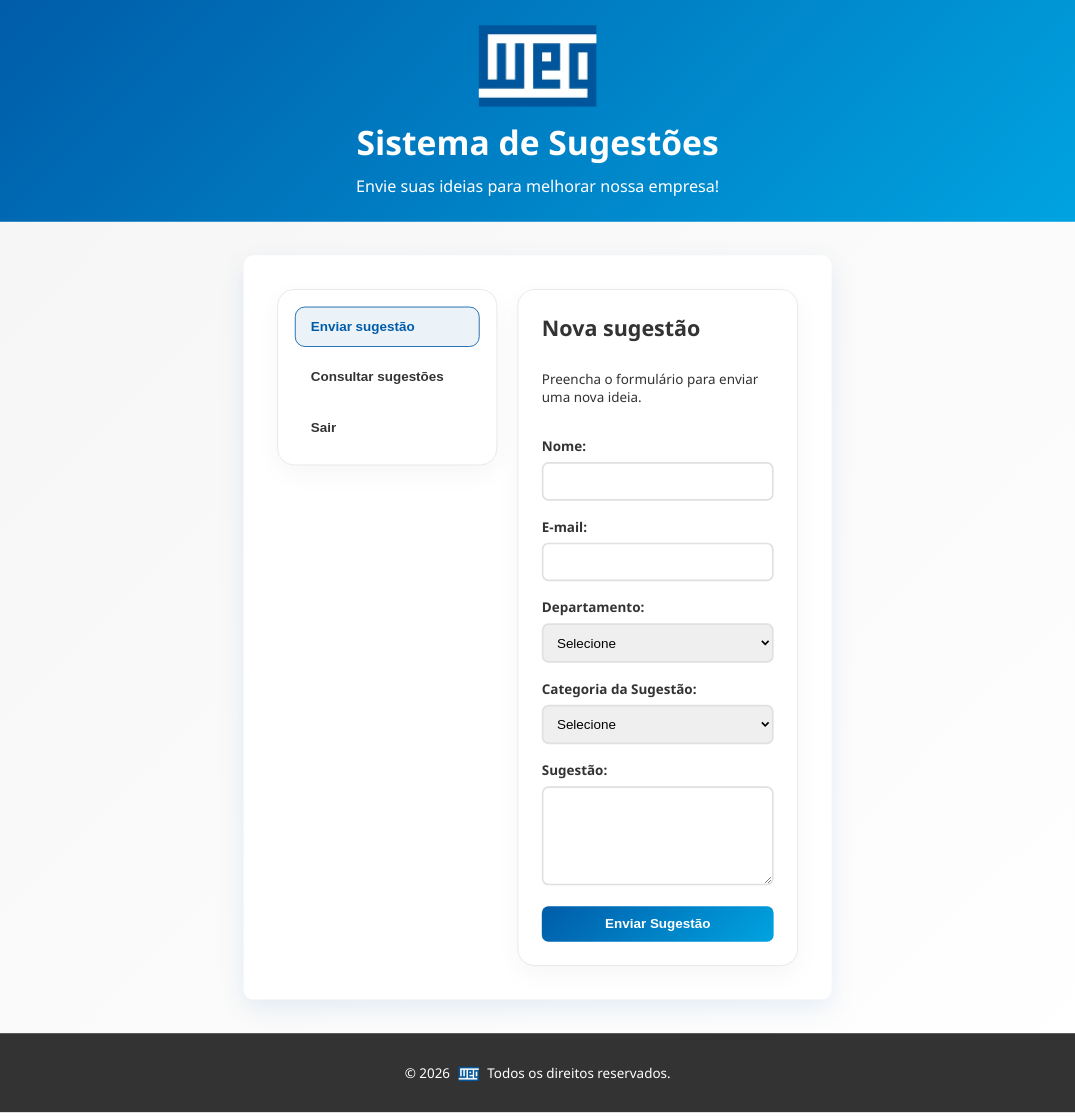
Repository: joaovg1/trabalhoideiasweg
Page: frontend/suggestions.html
These files come from the project's save history. The page is drawn as it stood at one moment and after the next save; the edit follows.
The browser window is 1280 px wide. The pictures show the whole page, at 84% of full size.
The page's requests for data from a server got no answer.

Above is the page before, as saved 2026-04-16 19:05:15.

After the next save:
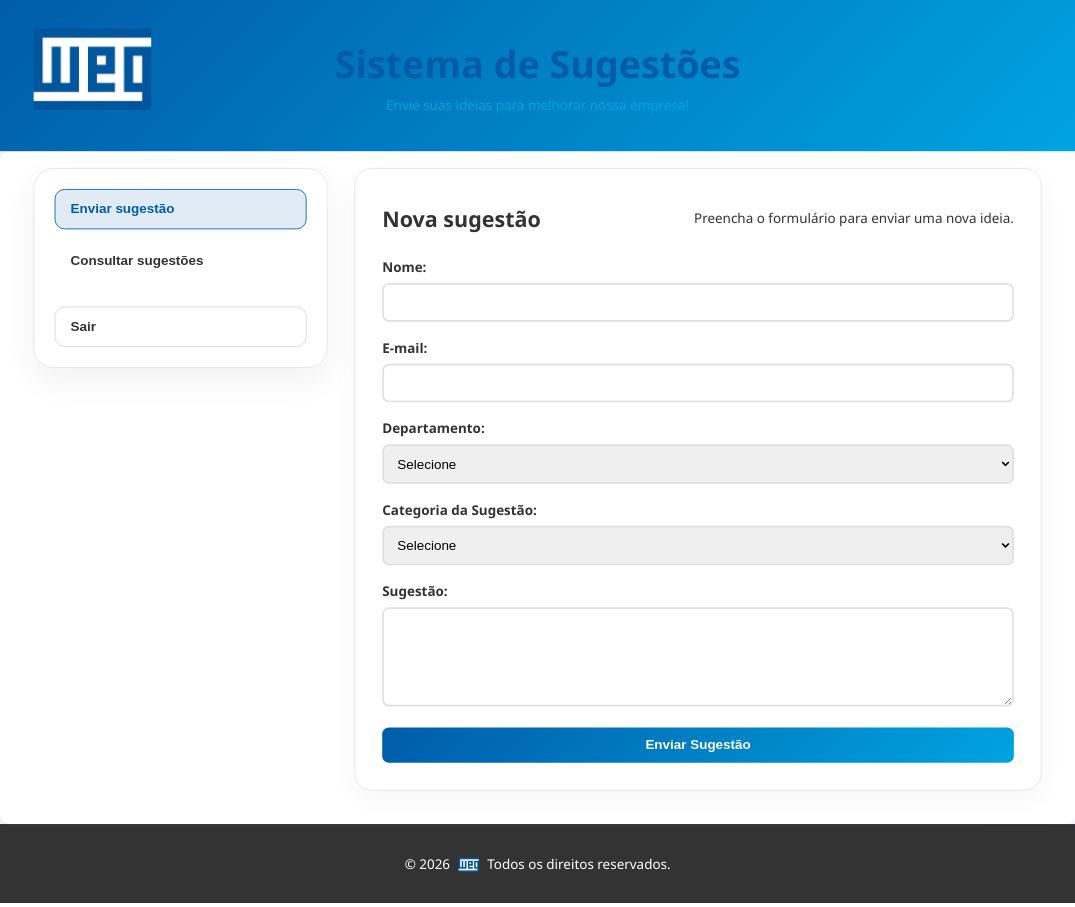
Saved 12 s later.
--- a/frontend/style.css
+++ b/frontend/style.css
@@ -19,6 +19,36 @@
     flex-direction: column;
 }
 
+header {
+    display: flex;
+    justify-content: center;
+    align-items: center;
+    position: relative;
+    padding: 28px 40px 10px;
+    min-height: 120px;
+}
+
+.header-left {
+    position: absolute;
+    left: 40px;
+}
+
+.header-center {
+    text-align: center;
+}
+
+.header-center h1 {
+    margin: 0;
+    font-size: 2.8rem;
+    color: var(--weg-blue);
+}
+
+.header-center p {
+    margin: 8px 0 0;
+    color: var(--weg-light-blue);
+    font-size: 1rem;
+}
+
 /* Login Page */
 .login-container {
     display: flex;
@@ -57,23 +87,6 @@
     color: var(--weg-light-blue);
     font-size: 1.2em;
     margin: 10px 0 30px 0;
-}
-
-.header-brand {
-    display: flex;
-    align-items: center;
-    justify-content: center;
-    gap: 18px;
-    flex-wrap: wrap;
-}
-
-.header-brand .header-text {
-    text-align: center;
-}
-
-.header-brand h1 {
-    margin: 0;
-    font-size: 2.5em;
 }
 
 .footer-logo {
@@ -181,23 +194,27 @@
 
 .page-layout {
     display: flex;
-    gap: 24px;
+    gap: 32px;
     width: 100%;
-    padding: 40px;
+    max-width: 1400px;
+    margin: 0 auto;
+    padding: 20px 40px 40px;
     box-sizing: border-box;
+    align-items: flex-start;
 }
 
 .sidebar {
-    min-width: 220px;
+    min-width: 280px;
+    width: 300px;
     background: var(--weg-white);
     border: 1px solid #e5e5e5;
-    border-radius: 20px;
-    box-shadow: 0 10px 30px rgba(0, 0, 0, 0.04);
-    padding: 20px;
+    border-radius: 24px;
+    box-shadow: 0 14px 40px rgba(0, 0, 0, 0.06);
+    padding: 24px;
     display: flex;
     flex-direction: column;
-    gap: 12px;
-    height: fit-content;
+    gap: 14px;
+    height: auto;
 }
 
 .sidebar-btn {
@@ -214,9 +231,21 @@
 
 .sidebar-btn:hover,
 .sidebar-btn.active {
-    background: rgba(0, 92, 169, 0.08);
+    background: rgba(0, 92, 169, 0.12);
     border-color: var(--weg-blue);
     color: var(--weg-blue);
+}
+
+.logout-button {
+    margin-top: 16px;
+    border-color: #d7d7d7;
+    color: #333;
+}
+
+.logout-button:hover {
+    background: rgba(255, 78, 78, 0.1);
+    color: #c53030;
+    border-color: #c53030;
 }
 
 .page-content {
@@ -231,7 +260,8 @@
     border-radius: 20px;
     border: 1px solid #e5e5e5;
     box-shadow: 0 10px 30px rgba(0, 0, 0, 0.04);
-    padding: 28px;
+    padding: 32px;
+    min-height: 520px;
 }
 
 .section-header {
